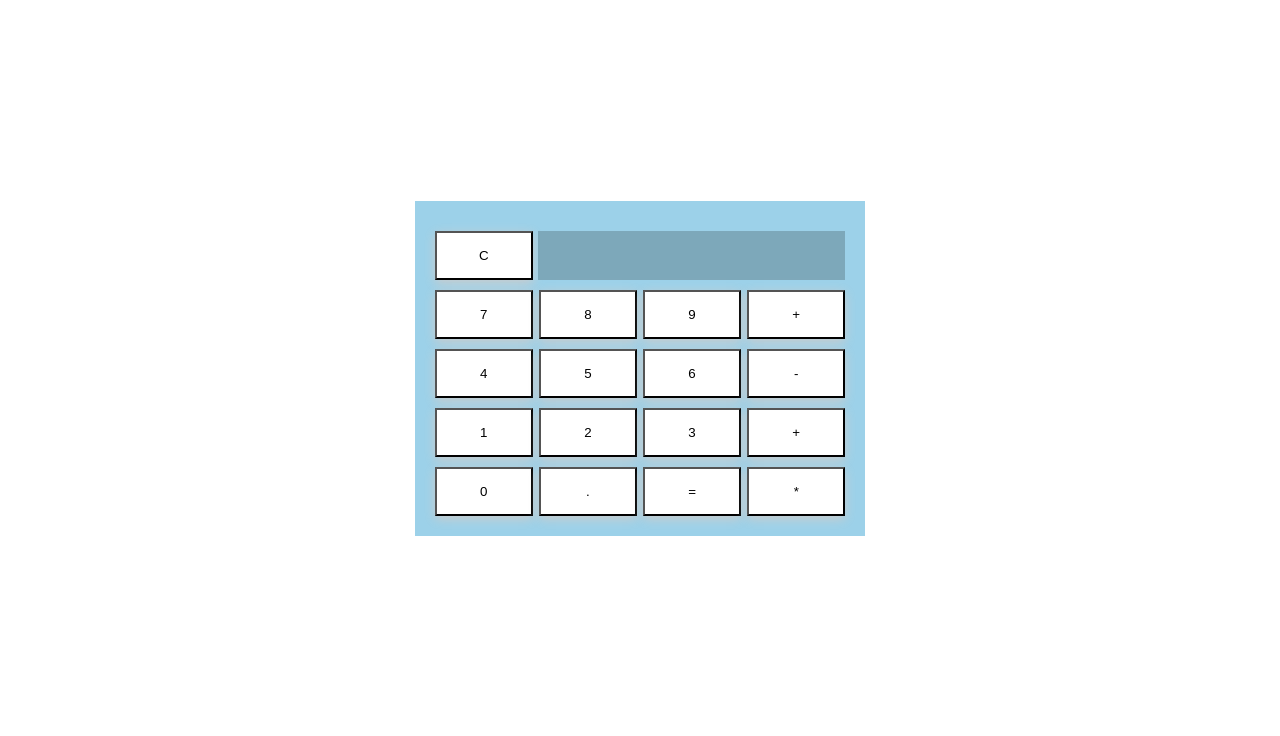
Repository: sem1103/calculator
Page: index.html
The author's editor kept a copy of each file at every save. The page is drawn from the files as they stood at one save, then again after the next save.
The browser window is 1280 px wide. The pictures show the whole page.

Above is the page before, as saved 2023-11-01 19:47:23.

### index.html
<!DOCTYPE html>
<html lang="en">

<head>
    <meta charset="UTF-8">
    <meta name="viewport" content="width=device-width, initial-scale=1.0">
    <title>Calc</title>
    <style>
        .calc__container {
            display: flex;
            justify-content: center;
            height: 100vh;
            align-items: center;
        }

        .calc__wrapper {
            max-width: 900px;
            background-color: #9cd1e9;
            padding: 20px;
        }
        .calc__display{
            padding: 5px;
            background-color: #7da8ba;
            flex: 1;
        }
        .calc__main , .calc__header{
            display: flex;
            flex-direction: row;
            flex-wrap: wrap;
            justify-content: space-between;
            row-gap: 10px;
            column-gap: 5px;

        }
        .calc__header{
            margin: 10px 0;
        }

        button {
            padding: 15px 5px;
            text-align: center;
            background-color: #fff;
            box-shadow: 0 3px 10px #ccc;
            flex-basis: calc(25% - 5px);

        }
    </style>
</head>

<body>
    <div class="calc__container">
        <div class="calc__wrapper">
            <div class="calc__header">
                <button>C</button>
                <div class="calc__display">

                </div>
            </div>
            <div class="calc__main">
                <button>7</button>
                <button>8</button>
                <button>9</button>
                <button>+</button>
                <button>4</button>
                <button>5</button>
                <button>6</button>
                <button>-</button>
                <button>1</button>
                <button>2</button>
                <button>3</button>
                <button>+</button>
                <button>0</button>
                <button>.</button>
                <button>=</button>
                <button>*</button>
            </div>
        </div>
    </div>
</body>

</html>

After the next save:
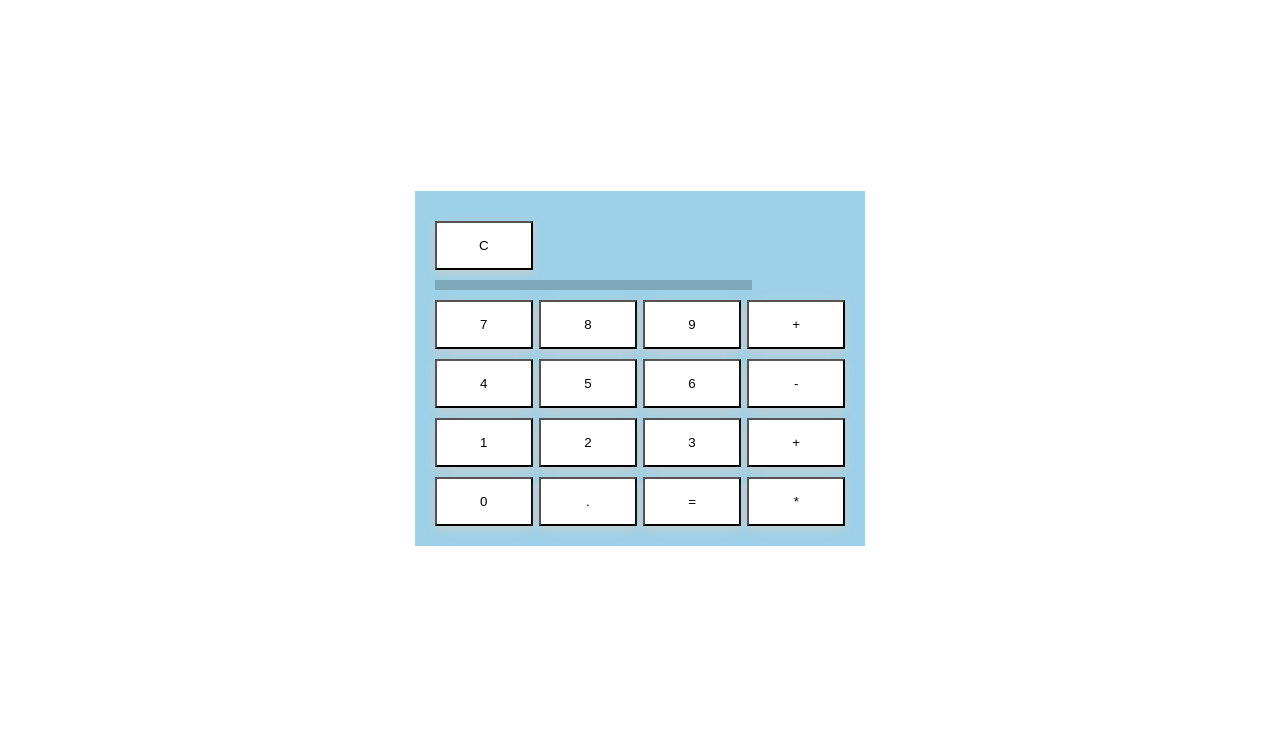
Saved 72 s later.
--- a/index.html
+++ b/index.html
@@ -21,7 +21,7 @@
         .calc__display{
             padding: 5px;
             background-color: #7da8ba;
-            flex: 1;
+            flex-basis: 75%;
         }
         .calc__main , .calc__header{
             display: flex;

After the save that followed:
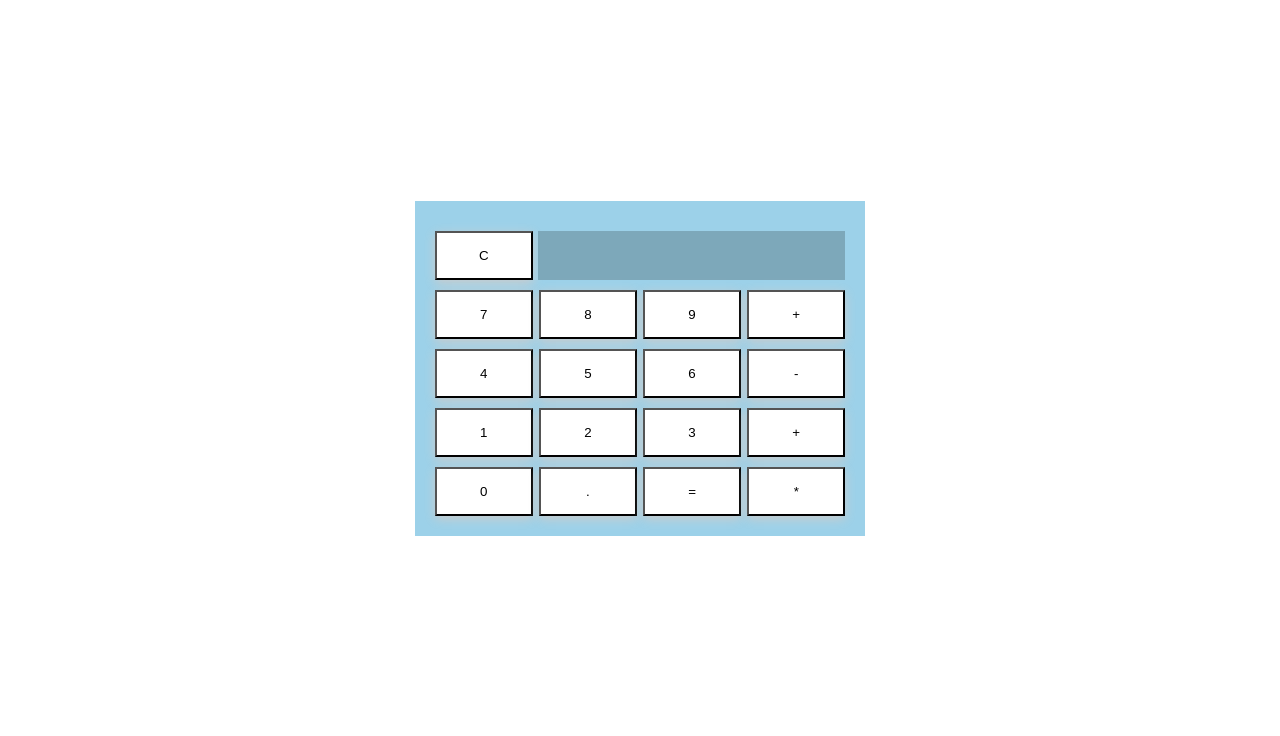
Saved 26 s later.
--- a/index.html
+++ b/index.html
@@ -21,7 +21,7 @@
         .calc__display{
             padding: 5px;
             background-color: #7da8ba;
-            flex-basis: 75%;
+            flex-basis: calc(75% - 10px);
         }
         .calc__main , .calc__header{
             display: flex;
